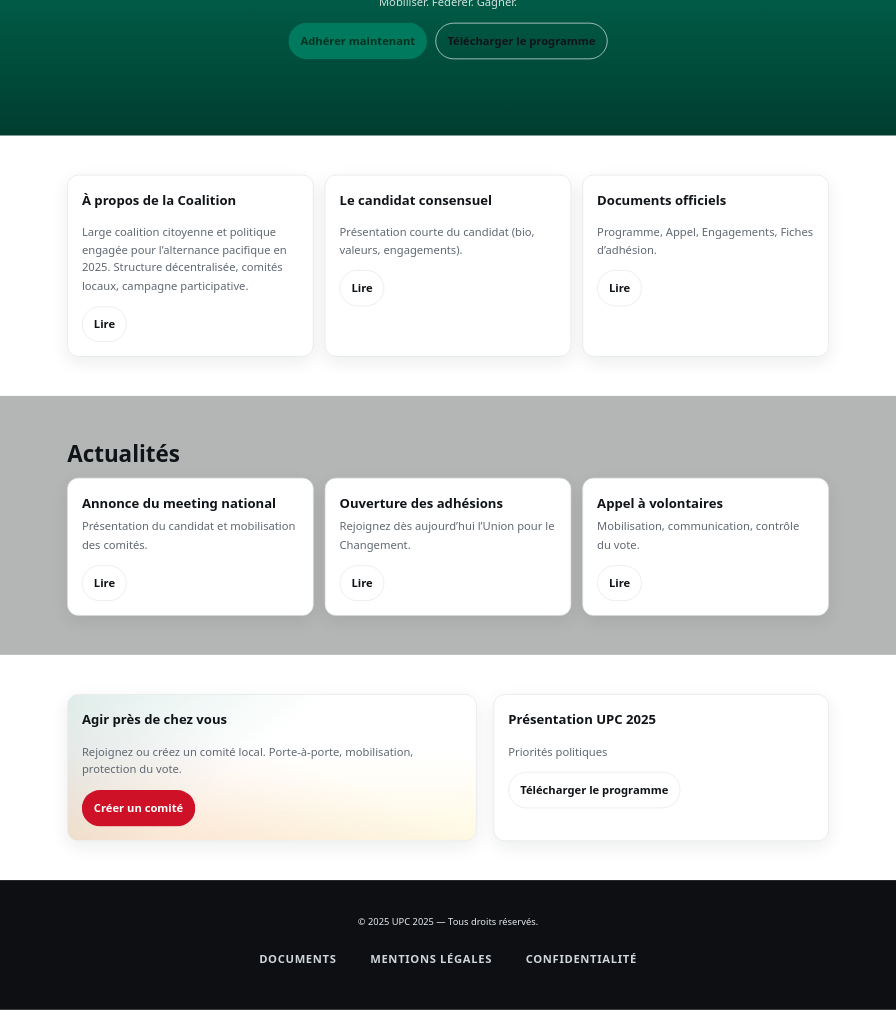
Repository: Kishny/upc2025
Page: index.html
These files come from the project's save history. The page is drawn as it stood at one moment and after the next save; the edit follows.
The browser window is 1280 px wide. The pictures show the part of the page from y = 391 to 2311 px (the page is 1834 px tall before and 2669 px after), at 70% of full size.

Above is the page before, as saved 2025-09-11 00:56:39.

### index.html
<!DOCTYPE html>
<html lang="fr">
  <head>
    <meta charset="utf-8" />
    <meta name="viewport" content="width=device-width,initial-scale=1" />
    <title>UPC 2025 — Union Pour le Changement</title>
    <meta
      name="description"
      content="Coalition citoyenne pour l'alternance pacifique au Cameroun en 2025. Mobilisation, documents officiels, adhésion."
    />
    <link rel="preload" href="assets/css/styles.css" as="style" />
    <link rel="stylesheet" href="assets/css/styles.css" />
    <link rel="icon" href="assets/img/logo.png" />
    <meta property="og:title" content="UPC 2025 — Union Pour le Changement" />
    <meta
      property="og:description"
      content="Mobilisons-nous pour 2025 : adhérer, créer un comité, télécharger le programme."
    />
    <meta property="og:image" content="assets/img/hero-1.jpg" />
    <meta name="theme-color" content="#007A5E" />
  </head>
  <body>
    <!-- Topbar -->
    <div class="topbar">
      <div class="container">
        <span class="topbar__msg" data-i18n="topbar_msg"
          >Élection présidentielle — Octobre 2025</span
        >
        <div class="topbar__actions">
          <button
            id="langToggle"
            class="btn btn--ghost"
            aria-label="Toggle language"
          >
            FR / EN
          </button>
          <a class="btn btn--ghost" href="contact.html" data-i18n="contact"
            >Contact</a
          >
        </div>
      </div>
    </div>

    <!-- Header / Nav -->
    <header class="header">
      <div class="container header__inner">
        <a href="index.html" class="brand">
          <img src="assets/img/logo.png" alt="UPC 2025" class="brand__logo" />
          <span class="brand__title">UPC 2025</span>
        </a>

        <nav id="nav" class="nav" aria-label="Navigation principale">
          <a href="a-propos.html" data-i18n="nav_about">À propos</a>
          <a href="programme.html" data-i18n="nav_program">Programme</a>
          <a href="documents-officiels.html" data-i18n="nav_docs"
            >Documents officiels</a
          >
          <a href="campagne-populaire.html" data-i18n="nav_campaign"
            >Campagne populaire</a
          >
          <a href="participez.html" class="nav__cta" data-i18n="nav_join"
            >Participez</a
          >
          <a href="actualites-medias.html" data-i18n="nav_news_media"
            >Actualités / Médias</a
          >
          <a href="contact.html" data-i18n="contact">Contact</a>
        </nav>

        <button id="burger" class="burger" aria-label="Menu">
          <span></span><span></span><span></span>
        </button>
      </div>
    </header>

    <!-- Hero -->
    <section class="hero">
      <div class="hero__content container">
        <h1 class="hero__title" data-i18n="hero_title">
          Union Pour le Changement — 2025
        </h1>
        <p class="hero__subtitle" data-i18n="hero_subtitle">
          Mobiliser. Fédérer. Gagner.
        </p>
        <div class="hero__cta">
          <a href="adhesion.html" class="btn btn--primary" data-i18n="cta_join"
            >Adhérer maintenant</a
          >
          <a
            href="documents.html"
            class="btn btn--outline"
            data-i18n="cta_program"
            >Télécharger le programme</a
          >
        </div>
      </div>
    </section>

    <!-- Trois blocs d’accroche -->
    <section class="section">
      <div class="container cards">
        <article class="card">
          <h3 data-i18n="about_title">À propos de la Coalition</h3>
          <p data-i18n="about_text">
            Large coalition citoyenne et politique engagée pour l’alternance
            pacifique en 2025.
          </p>
          <a href="a-propos.html" class="btn btn--outline" data-i18n="read_more"
            >Lire</a
          >
        </article>
        <article class="card">
          <h3 data-i18n="candidate_title">Le candidat consensuel</h3>
          <p data-i18n="candidate_text">
            Présentation courte, valeurs, engagements.
          </p>
          <a href="candidat.html" class="btn btn--outline" data-i18n="read_more"
            >Lire</a
          >
        </article>
        <article class="card">
          <h3 data-i18n="docs_title">Documents officiels</h3>
          <p data-i18n="doc_program_desc">
            Programme, Appel, Engagements, Fiches d’adhésion.
          </p>
          <a
            href="documents.html"
            class="btn btn--outline"
            data-i18n="read_more"
            >Lire</a
          >
        </article>
      </div>
    </section>

    <!-- Actualités aperçues -->
    <section class="section section--alt">
      <div class="container">
        <h2 data-i18n="news_title">Actualités</h2>
        <div class="cards">
          <article class="card news">
            <h3 data-i18n="news_1_title">Annonce du meeting national</h3>
            <p data-i18n="news_1_excerpt">
              Présentation du candidat et mobilisation des comités.
            </p>
            <a
              href="actualites.html"
              class="btn btn--outline"
              data-i18n="read_more"
              >Lire</a
            >
          </article>
          <article class="card news">
            <h3 data-i18n="news_2_title">Ouverture des adhésions</h3>
            <p data-i18n="news_2_excerpt">
              Rejoignez dès aujourd’hui l’Union pour le Changement.
            </p>
            <a
              href="actualites.html"
              class="btn btn--outline"
              data-i18n="read_more"
              >Lire</a
            >
          </article>
          <article class="card news">
            <h3 data-i18n="news_3_title">Appel à volontaires</h3>
            <p data-i18n="news_3_excerpt">Mobilisation, communication, vote.</p>
            <a
              href="actualites.html"
              class="btn btn--outline"
              data-i18n="read_more"
              >Lire</a
            >
          </article>
        </div>
      </div>
    </section>

    <!-- Bande CTA -->
    <section class="section">
      <div class="container grid-2">
        <div class="card gradient-cm">
          <h3 data-i18n="call_action">Agir près de chez vous</h3>
          <p data-i18n="call_action_text">
            Rejoignez ou créez un comité local.
          </p>
          <a
            href="adhesion.html"
            class="btn btn--secondary"
            data-i18n="cta_create_committee"
            >Créer un comité</a
          >
        </div>
        <div class="card">
          <h3 data-i18n="doc_program">Programme Commun</h3>
          <p data-i18n="pillar_1">Priorités politiques</p>
          <a
            href="documents.html"
            class="btn btn--outline"
            data-i18n="cta_program"
            >Télécharger</a
          >
        </div>
      </div>
    </section>

    <!-- Footer -->
    <footer class="footer footer--solid">
      <div class="container footer__inner">
        <small
          >© <span id="year"></span> UPC 2025 —
          <span data-i18n="rights">Tous droits réservés.</span></small
        >
        <nav class="footer__nav">
          <a href="documents.html" data-i18n="footer_docs">Documents</a>
          <a href="#" data-i18n="footer_legal">Mentions légales</a>
          <a href="#" data-i18n="footer_privacy">Confidentialité</a>
        </nav>
      </div>
    </footer>

    <script src="assets/js/app.js" defer></script>
  </body>
</html>

### assets/css/styles.css
/* =========
   PALETTE & TOKENS (LIGHT)
   ========= */
:root {
  /* Cameroun */
  --cm-green: #007a5e;
  --cm-red: #ce1126;
  --cm-yellow: #fcd116;

  /* Thème clair */
  --bg: #f7f7f4; /* blanc cassé */
  --surface: #ffffff; /* carte / section claire */
  --surface-2: #b4b5b5; /* alternance de section */
  --text: #101418; /* texte principal */
  --muted: #606872; /* texte secondaire */
  --border: #e3e6ea; /* traits & inputs */
  --radius: 16px;
  --shadow: 0 8px 24px rgba(16, 20, 24, 0.08);
}

/* =========
   RESET & LAYOUT
   ========= */
* {
  box-sizing: border-box;
}
html,
body {
  height: 100%;
}
body {
  margin: 0;
  font-family: system-ui, -apple-system, Segoe UI, Roboto, Inter, Arial,
    sans-serif;
  color: var(--text);
  background: var(--bg);
  line-height: 1.6;
  padding: 0;
}
h1,
h2,
h3,
p {
  margin-top: 0;
}
img {
  max-width: 100%;
  display: block;
}
a {
  color: inherit;
  text-decoration: none;
}

.container {
  max-width: 1120px;
  margin-inline: auto;
  padding: 0 16px;
}
.grid-2 {
  display: grid;
  gap: 24px;
  grid-template-columns: 1.1fr 0.9fr;
}
@media (max-width: 900px) {
  .grid-2 {
    grid-template-columns: 1fr;
  }
}

/* =========
   TOPBAR & BOUTONS
   ========= */
.topbar {
  background: linear-gradient(
    90deg,
    var(--cm-green),
    var(--cm-yellow),
    var(--cm-red)
  );
  color: #0b0e0c;
}
.topbar .container {
  display: flex;
  align-items: center;
  justify-content: space-between;
  padding: 6px 16px;
}
.topbar__actions {
  display: flex;
  gap: 8px;
}

.btn {
  display: inline-flex;
  align-items: center;
  justify-content: center;
  gap: 0.5rem;
  padding: 0.75rem 1rem;
  border-radius: 999px;
  border: 1px solid transparent;
  cursor: pointer;
  font-weight: 700;
  transition: 0.2s;
}
.btn--primary {
  background: var(--cm-green);
  color: #032;
  border-color: transparent;
}
.btn--primary:hover {
  filter: brightness(1.05);
}
.btn--secondary {
  background: var(--cm-red);
  color: #fff;
}
.btn--secondary:hover {
  filter: brightness(1.05);
}
.btn--outline {
  background: transparent;
  color: var(--text);
  border-color: var(--border);
}
.btn--outline:hover {
  border-color: var(--cm-yellow);
  color: var(--cm-yellow);
}
.btn--ghost {
  background: transparent;
  color: #111;
  border: 1px solid rgba(0, 0, 0, 0.12);
}

/* =========
   HEADER (clair, collé, lisible sur fond clair)
   ========= */
.header {
  position: sticky;
  top: 0;
  z-index: 50;
  background: rgba(255, 255, 255, 0.86);
  backdrop-filter: saturate(140%) blur(10px);
  border-bottom: 1px solid var(--border);
  margin-bottom: 0;
}
.header__inner {
  display: flex;
  align-items: center;
  justify-content: space-between;
  padding: 12px 0;
}
.brand {
  display: flex;
  align-items: center;
  gap: 10px;
}
.brand__logo {
  height: 100px;
  width: auto;
  border-radius: 8px;
  box-shadow: var(--shadow);
  margin: 0;
}
.brand__title {
  font-weight: 800;
  letter-spacing: 0.5px;
}

.nav {
  display: flex;
  gap: 16px;
  align-items: center;
}
.nav a {
  padding: 8px 12px;
  border-radius: 999px;
}
.nav a:hover,
.nav a.active {
  background: var(--surface-2);
}
.nav__cta {
  background: var(--cm-yellow);
  color: #111;
  font-weight: 800;
}
.nav__cta:hover {
  filter: brightness(1.05);
}

.burger {
  display: none;
  background: transparent;
  border: 0;
  padding: 8px;
}
.burger span {
  display: block;
  width: 26px;
  height: 2px;
  background: #111;
  margin: 6px 0;
  transition: 0.2s;
}

@media (max-width: 900px) {
  .nav {
    position: fixed;
    inset: 64px 0 auto 0;
    transform: translateY(-120%);
    background: rgba(255, 255, 255, 0.98);
    border-bottom: 1px solid var(--border);
    padding: 16px;
    flex-direction: column;
  }
  .nav.open {
    transform: translateY(0);
  }
  .burger {
    display: block;
  }
}

/* =========
   HERO (dégradé vert conservé)
   ========= */
.hero {
  position: relative;
  min-height: clamp(320px, 50vh, 560px); /* hauteur raisonnable */
  display: flex;
  flex-direction: column;
  justify-content: center; /* centre verticalement */
  align-items: center; /* centre horizontalement */
  text-align: center; /* optionnel : texte centré */
  gap: 16px;
  padding: 24px 16px; /* juste un peu de respiration autour */
  margin-top: 0;
  background: linear-gradient(180deg, #007a5e, #003d2f);
  color: #f4f6f8;
}

@media (min-width: 1200px) {
  .hero {
    min-height: clamp(360px, 55vh, 600px);
  }
}

.hero h1,
.hero h2,
.hero p {
  margin-top: 0; /* empêche les marges par défaut */
}
.hero__overlay {
  position: absolute;
  inset: 0;
  background: linear-gradient(180deg, transparent 20%, rgba(0, 0, 0, 0.45) 70%);
}
.hero__content {
  position: relative;
}
.hero__title {
  font-size: clamp(28px, 5vw, 48px);
  margin: 0 0 8px;
  font-weight: 900;
}
.hero__subtitle {
  margin: 0 0 16px;
  color: rgba(255, 255, 255, 0.82);
}
.hero__cta {
  display: flex;
  justify-content: center;
  align-items: center;
  gap: 12px;
  flex-wrap: wrap;
  margin-top: 16px;
}

/* =========
   SECTIONS (sur fond clair)
   ========= */
.section {
  padding: 56px 0;
  background: var(--surface);
}
.section--alt {
  background: var(--surface-2);
}
.section h2 {
  margin: 0 0 10px;
  font-size: clamp(22px, 3.5vw, 32px);
  color: var(--text);
}
.section p {
  color: var(--muted);
}

/* Cartes */
.card {
  background: #fff;
  border: 1px solid var(--border);
  border-radius: var(--radius);
  padding: 20px;
  box-shadow: var(--shadow);
}
.gradient-cm {
  background: linear-gradient(140deg, rgba(0, 122, 94, 0.12), transparent 45%),
    linear-gradient(20deg, rgba(206, 17, 38, 0.1), transparent 55%),
    linear-gradient(0deg, rgba(252, 209, 22, 0.12), transparent 60%);
}

/* Listes */
.checklist {
  list-style: none;
  padding: 0;
  margin: 12px 0 0;
}
.checklist li {
  padding-left: 28px;
  position: relative;
  margin: 6px 0;
  color: var(--text);
}
.checklist li::before {
  content: "✓";
  position: absolute;
  left: 0;
  top: 0;
  color: var(--cm-green);
  font-weight: 900;
}

/* Grilles */
.cards {
  display: grid;
  gap: 16px;
  grid-template-columns: repeat(3, 1fr);
}
@media (max-width: 900px) {
  .cards {
    grid-template-columns: 1fr;
  }
}
.card.doc:hover {
  border-color: var(--cm-yellow);
}
.card.news h3 {
  margin: 0 0 6px;
}

/* Candidat */
.candidate__photo img {
  border-radius: var(--radius);
  border: 1px solid var(--border);
  box-shadow: var(--shadow);
}

/* =========
   GALERIE
   ========= */
.gallery {
  display: grid;
  grid-template-columns: repeat(auto-fit, minmax(280px, 1fr));
  gap: 12px;
  justify-items: center;
}
.gallery img {
  width: 100%;
  max-width: 340px;
  border-radius: 12px;
  border: 1px solid var(--border);
  box-shadow: 0 6px 18px rgba(16, 20, 24, 0.1);
  object-fit: cover;
  transition: transform 0.3s ease, box-shadow 0.3s ease;
  cursor: default;
}
.gallery img:hover {
  transform: scale(1.05) translateY(-5px);
  box-shadow: 0 12px 28px rgba(16, 20, 24, 0.18);
}

/* =========
   FORMULAIRES (clair)
   ========= */
form label {
  display: grid;
  gap: 6px;
  margin: 10px 0;
}
input,
select,
textarea {
  background: #fff;
  border: 1px solid var(--border);
  color: var(--text);
  border-radius: 12px;
  padding: 12px;
  outline: none;
}
input:focus,
select:focus,
textarea:focus {
  border-color: var(--cm-green);
  box-shadow: 0 0 0 3px rgba(0, 122, 94, 0.12);
}
.form__small {
  color: var(--muted);
  font-size: 0.92rem;
  margin-top: 8px;
}
.form__alert {
  margin-top: 10px;
  padding: 10px;
  border-radius: 10px;
  border: 1px solid var(--border);
  background: #fff;
  color: var(--text);
}

/* =========
   FOOTER (noir conservé)
   ========= */
.footer--solid {
  background: #0d0f12;
  border-top: 1px solid #14171c;
  color: #e8edf1;
}
.footer__wrap,
.footer__inner {
  padding: 48px 16px;
  display: flex;
  flex-direction: column;
  align-items: center;
  gap: 18px;
  text-align: center;
}
.footer__logo {
  width: 76px;
  height: auto;
  opacity: 0.95;
  filter: drop-shadow(0 8px 22px rgba(0, 0, 0, 0.35));
}
.footer__title {
  display: flex;
  align-items: center;
  gap: 16px;
  letter-spacing: 0.08em;
  font-weight: 800;
  color: #f2f5f8;
  margin: 6px 0 4px;
}
.footer__line {
  display: inline-block;
  width: 160px;
  height: 1px;
  background: linear-gradient(
    90deg,
    transparent,
    rgba(255, 255, 255, 0.18),
    transparent
  );
}
@media (max-width: 600px) {
  .footer__line {
    width: 90px;
  }
}
.footer__socials {
  display: flex;
  gap: 14px;
  list-style: none;
  padding: 0;
  margin: 6px 0 8px;
}
.sbtn {
  --ring: rgba(255, 255, 255, 0.08);
  display: grid;
  place-items: center;
  width: 40px;
  height: 40px;
  border-radius: 999px;
  background: rgba(255, 255, 255, 0.06);
  color: #e9eef2;
  border: 1px solid rgba(255, 255, 255, 0.1);
  box-shadow: 0 6px 18px rgba(0, 0, 0, 0.35), inset 0 0 0 1px var(--ring);
  transition: transform 0.2s ease, box-shadow 0.2s ease, background 0.2s ease;
}
.sbtn:hover {
  transform: translateY(-3px);
  box-shadow: 0 12px 28px rgba(0, 0, 0, 0.5), 0 0 0 3px rgba(0, 122, 94, 0.25),
    0 0 24px rgba(252, 209, 22, 0.25), 0 0 12px rgba(206, 17, 38, 0.2);
}
.footer__nav {
  display: flex;
  gap: 28px;
  flex-wrap: wrap;
  justify-content: center;
  margin: 6px 0;
}
.footer__nav a {
  color: #cfd6dc;
  font-weight: 800;
  text-transform: uppercase;
  letter-spacing: 0.06em;
  padding: 6px 10px;
  border-radius: 8px;
  transition: color 0.2s ease, background 0.2s ease;
}
.footer__nav a:hover {
  color: #fff;
  background: rgba(255, 255, 255, 0.06);
}
.footer__copy {
  color: #aeb3b8;
  margin-top: 6px;
  display: block;
}

Loaded but not shown: assets/js/app.js (251 lines, source omitted)

After the next save:
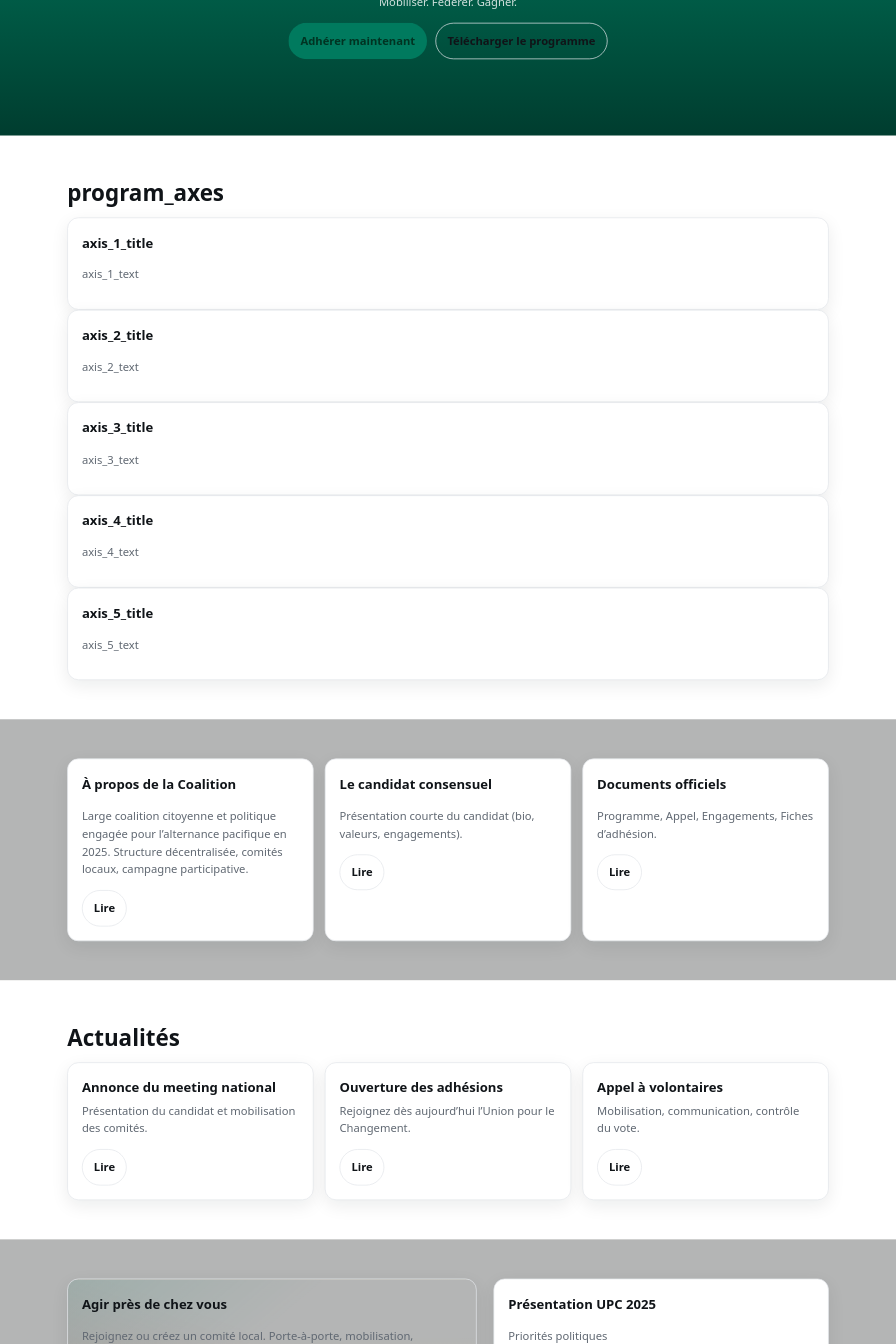
Saved 12 min 58 s later.
--- a/index.html
+++ b/index.html
@@ -83,11 +83,15 @@
           Mobiliser. Fédérer. Gagner.
         </p>
         <div class="hero__cta">
-          <a href="adhesion.html" class="btn btn--primary" data-i18n="cta_join"
-            >Adhérer maintenant</a
-          >
-          <a
-            href="documents.html"
+          <a
+            href="participez.html#form-adhesion"
+            class="btn btn--primary"
+            data-i18n="cta_join"
+          >
+            Adhérer maintenant
+          </a>
+          <a
+            href="documents-officiels.html"
             class="btn btn--outline"
             data-i18n="cta_program"
             >Télécharger le programme</a
@@ -96,8 +100,46 @@
       </div>
     </section>
 
+    <!-- Slider des axes du Programme -->
+    <section class="section">
+      <div class="container">
+        <h2 data-i18n="program_axes">Les 5 axes du Programme</h2>
+        <div class="axis-slider" id="axisSlider">
+          <div class="axis-slide card">
+            <h3 data-i18n="axis_1_title">Paix & Cohésion</h3>
+            <p data-i18n="axis_1_text">
+              Réconciliation nationale et stabilité durable.
+            </p>
+          </div>
+          <div class="axis-slide card">
+            <h3 data-i18n="axis_2_title">Réformes politiques</h3>
+            <p data-i18n="axis_2_text">
+              Institutions solides, État de droit, justice indépendante.
+            </p>
+          </div>
+          <div class="axis-slide card">
+            <h3 data-i18n="axis_3_title">Croissance économique</h3>
+            <p data-i18n="axis_3_text">
+              Emplois, entrepreneuriat, infrastructures.
+            </p>
+          </div>
+          <div class="axis-slide card">
+            <h3 data-i18n="axis_4_title">Développement humain</h3>
+            <p data-i18n="axis_4_text">Éducation, santé, protection sociale.</p>
+          </div>
+          <div class="axis-slide card">
+            <h3 data-i18n="axis_5_title">Rayonnement international</h3>
+            <p data-i18n="axis_5_text">
+              Diplomatie active et intégration régionale.
+            </p>
+          </div>
+        </div>
+        <div class="axis-dots" id="axisDots"></div>
+      </div>
+    </section>
+
     <!-- Trois blocs d’accroche -->
-    <section class="section">
+    <section class="section section--alt">
       <div class="container cards">
         <article class="card">
           <h3 data-i18n="about_title">À propos de la Coalition</h3>
@@ -112,9 +154,13 @@
         <article class="card">
           <h3 data-i18n="candidate_title">Le candidat consensuel</h3>
           <p data-i18n="candidate_text">
-            Présentation courte, valeurs, engagements.
-          </p>
-          <a href="candidat.html" class="btn btn--outline" data-i18n="read_more"
+            Vision, valeurs et engagements — découvrez le serment et
+            l’engagement.
+          </p>
+          <a
+            href="documents-officiels.html"
+            class="btn btn--outline"
+            data-i18n="read_more"
             >Lire</a
           >
         </article>
@@ -124,7 +170,7 @@
             Programme, Appel, Engagements, Fiches d’adhésion.
           </p>
           <a
-            href="documents.html"
+            href="documents-officiels.html"
             class="btn btn--outline"
             data-i18n="read_more"
             >Lire</a
@@ -134,7 +180,7 @@
     </section>
 
     <!-- Actualités aperçues -->
-    <section class="section section--alt">
+    <section class="section">
       <div class="container">
         <h2 data-i18n="news_title">Actualités</h2>
         <div class="cards">
@@ -144,7 +190,7 @@
               Présentation du candidat et mobilisation des comités.
             </p>
             <a
-              href="actualites.html"
+              href="actualites-medias.html"
               class="btn btn--outline"
               data-i18n="read_more"
               >Lire</a
@@ -156,7 +202,7 @@
               Rejoignez dès aujourd’hui l’Union pour le Changement.
             </p>
             <a
-              href="actualites.html"
+              href="actualites-medias.html"
               class="btn btn--outline"
               data-i18n="read_more"
               >Lire</a
@@ -166,7 +212,7 @@
             <h3 data-i18n="news_3_title">Appel à volontaires</h3>
             <p data-i18n="news_3_excerpt">Mobilisation, communication, vote.</p>
             <a
-              href="actualites.html"
+              href="actualites-medias.html"
               class="btn btn--outline"
               data-i18n="read_more"
               >Lire</a
@@ -177,7 +223,7 @@
     </section>
 
     <!-- Bande CTA -->
-    <section class="section">
+    <section class="section section--alt">
       <div class="container grid-2">
         <div class="card gradient-cm">
           <h3 data-i18n="call_action">Agir près de chez vous</h3>
@@ -185,7 +231,7 @@
             Rejoignez ou créez un comité local.
           </p>
           <a
-            href="adhesion.html"
+            href="participez.html#comite"
             class="btn btn--secondary"
             data-i18n="cta_create_committee"
             >Créer un comité</a
@@ -195,7 +241,7 @@
           <h3 data-i18n="doc_program">Programme Commun</h3>
           <p data-i18n="pillar_1">Priorités politiques</p>
           <a
-            href="documents.html"
+            href="documents-officiels.html"
             class="btn btn--outline"
             data-i18n="cta_program"
             >Télécharger</a
@@ -212,7 +258,9 @@
           <span data-i18n="rights">Tous droits réservés.</span></small
         >
         <nav class="footer__nav">
-          <a href="documents.html" data-i18n="footer_docs">Documents</a>
+          <a href="documents-officiels.html" data-i18n="footer_docs"
+            >Documents</a
+          >
           <a href="#" data-i18n="footer_legal">Mentions légales</a>
           <a href="#" data-i18n="footer_privacy">Confidentialité</a>
         </nav>
